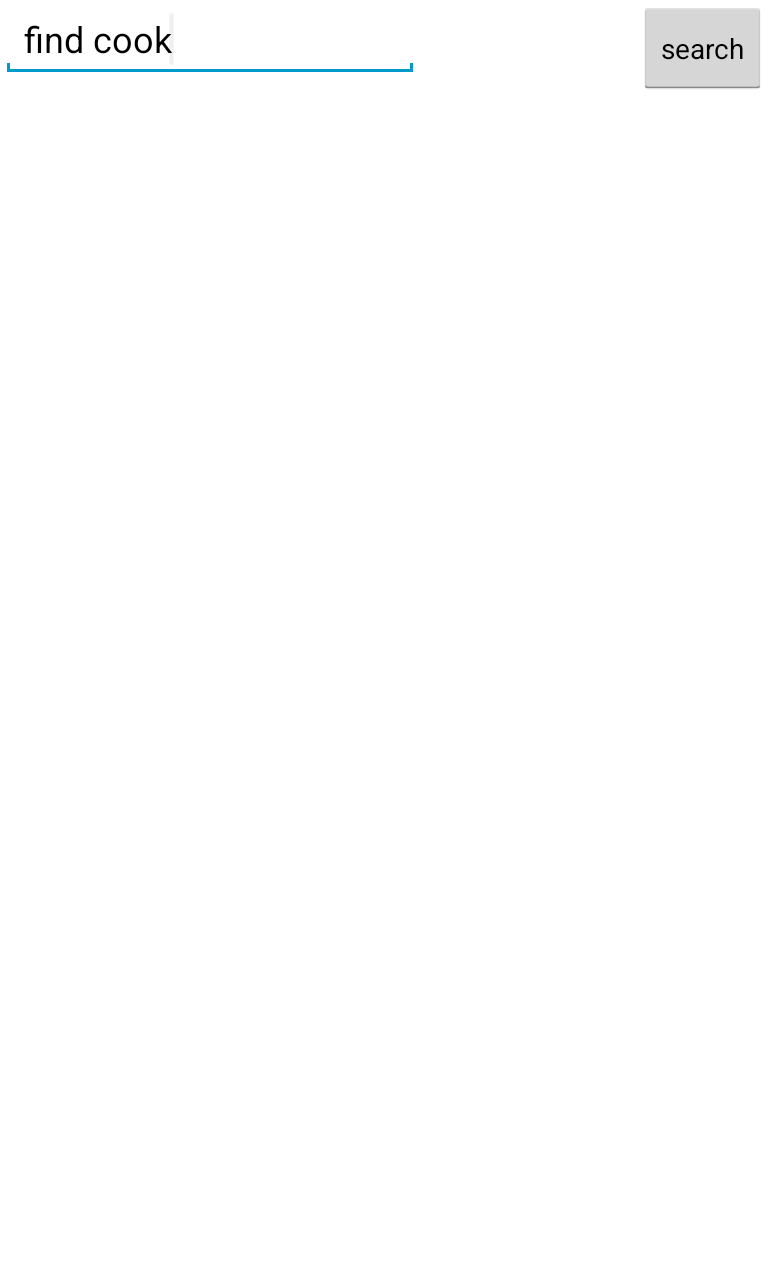
Repository: KnightFreedom/cookcook
Layout: client/CookCook/res/layout/browse_activity.xml
These files come from the project's save history. The layout is drawn as it stood at one moment and after the next save; the edit follows.
It is drawn on a 768 x 1280 px phone screen (xhdpi) without system bars, with theme AppTheme; the app's code is not run.

Above is the layout before, as saved 2017-05-11 10:33:56.

### client/CookCook/res/layout/browse_activity.xml
<?xml version="1.0" encoding="utf-8"?>
<LinearLayout xmlns:android="http://schemas.android.com/apk/res/android"
    android:layout_width="match_parent"
    android:layout_height="match_parent"
    android:orientation="vertical" >

    <RelativeLayout
        android:layout_width="match_parent"
        android:layout_height = "wrap_content"
        android:orientation="horizontal" >

        <AutoCompleteTextView
            android:id="@+id/searchTxt"
            android:layout_width="wrap_content"
            android:layout_height="wrap_content"
            android:layout_alignParentLeft = "true"
            android:ems="10"
            android:text="find cook" >

            <requestFocus />
        </AutoCompleteTextView>

        <Button
            android:id="@+id/searchBtn"
            style="?android:attr/buttonStyleSmall"
            android:layout_width="wrap_content"
            android:layout_height="wrap_content"
            android:layout_alignParentRight="true"
            android:text="search"
            />
    </RelativeLayout>

    <ScrollView
        android:id="@+id/scrollView1"
        android:layout_width="match_parent"
        android:layout_height="match_parent" >

    </ScrollView>

</LinearLayout>

Loaded but not shown: client/CookCook/res/values/styles.xml (common file); client/CookCook/res/values-v11/styles.xml (common file); client/CookCook/res/values-v14/styles.xml (common file)

After the next save:
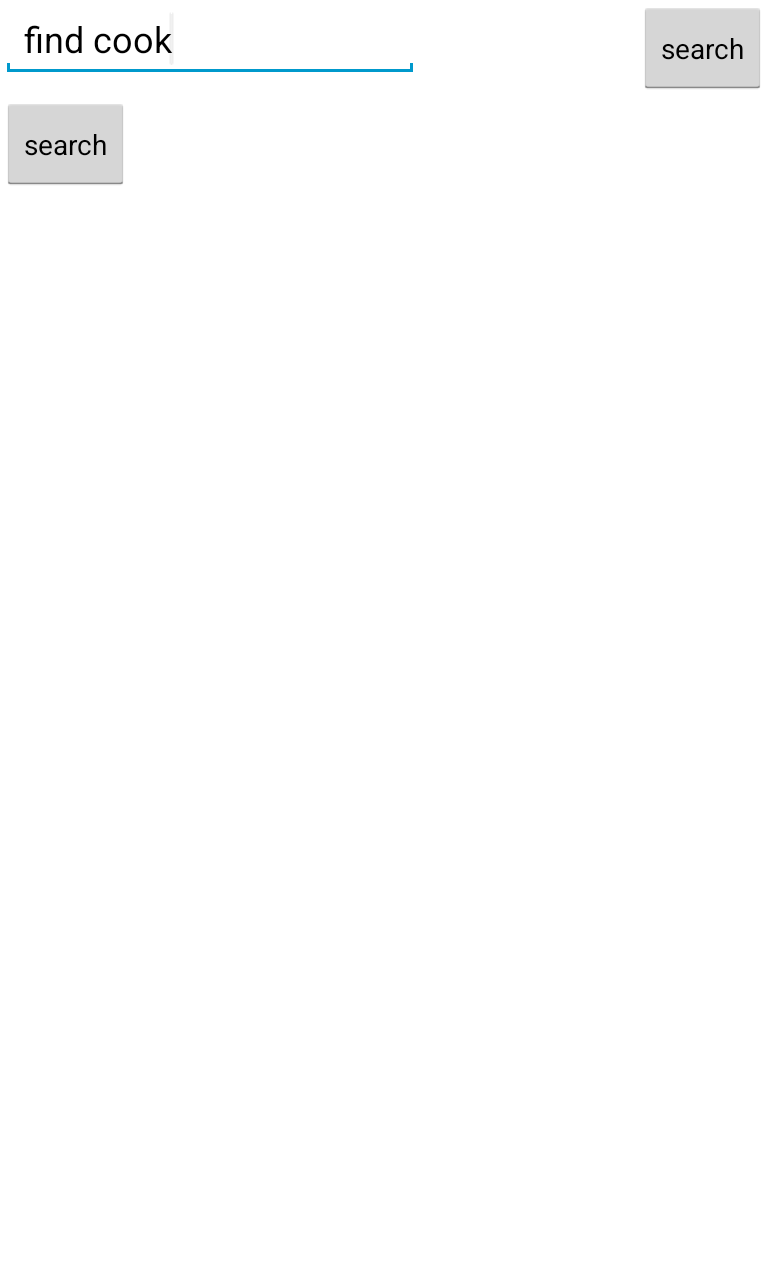
Saved 51 s later.
--- a/client/CookCook/res/layout/browse_activity.xml
+++ b/client/CookCook/res/layout/browse_activity.xml
@@ -35,6 +35,16 @@
         android:layout_width="match_parent"
         android:layout_height="match_parent" >
 
+            <Button
+            android:id="@+id/searchBtn"
+            style="?android:attr/buttonStyleSmall"
+            android:layout_width="wrap_content"
+            android:layout_height="wrap_content"
+            android:layout_alignParentRight="true"
+            android:text="search"
+            />
+
+
     </ScrollView>
 
 </LinearLayout>
